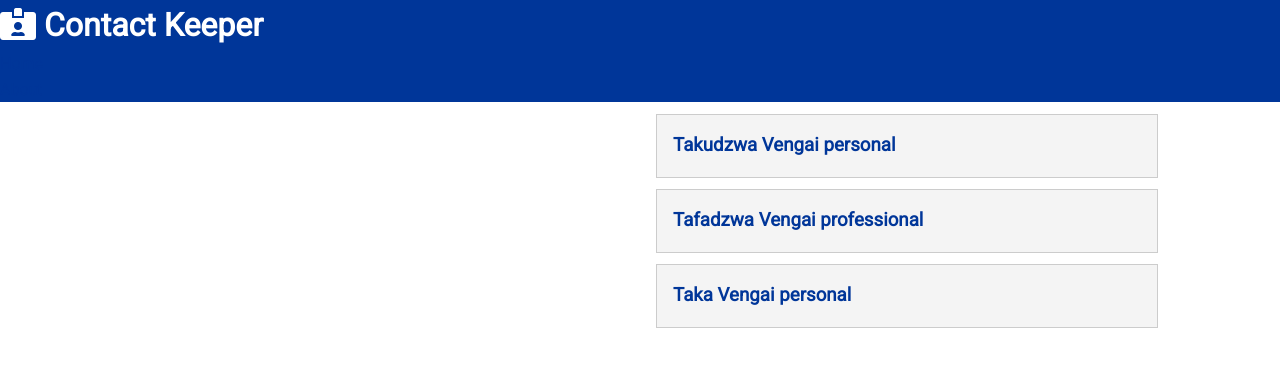
Repository: Takudzwa413/Contact-Keeper
Page: / (app in client/)
An editor plug-in stored every save of this project. The page is shown before and after the next save, followed by the edit.
The browser window is 1280 px wide. The pictures show the whole page.
Some web libraries are served in a nearby version. The project was rebuilt for these pictures with package versions that can differ from the ones it lists, and the page was loaded fresh each time. Also part of the build but not shown: client/src/components/pages/About.js.

Above is the page before, as saved 2020-06-18 21:40:07.

### client/public/index.html
<!DOCTYPE html>
<html lang="en">
  <head>
    <meta charset="utf-8" />
    <link rel="icon" href="%PUBLIC_URL%/favicon.ico" />
    <meta name="viewport" content="width=device-width, initial-scale=1" />
    <meta name="theme-color" content="#000000" />
    <meta
      name="description"
      content="Web site created using create-react-app"
    />
    <link
    rel="stylesheet"
    href="https://use.fontawesome.com/releases/v5.13.0/css/all.css"
    integrity="sha384-Bfad6CLCknfcloXFOyFnlgtENryhrpZCe29RTifKEixXQZ38WheV+i/6YWSzkz3V"
    crossorigin="anonymous"
  />
    <link rel="apple-touch-icon" href="%PUBLIC_URL%/logo192.png" />

    <link rel="manifest" href="%PUBLIC_URL%/manifest.json" />

    <title>ContactKeeper |Takudzwa</title>
  </head>
  <body>
    <noscript>You need to enable JavaScript to run this app.</noscript>
    <div id="root"></div>

  </body>
</html>

### client/src/App.js
import React,{Fragment} from 'react';
import { BrowserRouter as Router, Route,Switch  } from 'react-router-dom';
import Navbar from './components/layout/Navbar';
import Home from './components/pages/Home';
import About from './components/pages/About';

import ContactState from  './context/contact/ContactState'
import './App.css';

function App() {
  return (
    <ContactState>
      <Router>
        <Fragment>
          <Navbar/>
            <div className='container'>
              <Switch>
                <Route exact path='/' component={Home}/>
                <Route exact path='/about' component={About}/>
              </Switch>
            </div>
        </Fragment>
      </Router>
    </ContactState>
  );
}

export default App;

### client/src/components/layout/Navbar.js
import React from 'react';
import PropTypes from 'prop-types'
import { Link } from 'react-router-dom';


const Navbar = ({title ,icon}) => {
    return (
        <div className='Navbar bg-primary'>
            <h1>
                <i className={icon}/> {title}
            </h1>
            <ul>
                <li>
                    <Link to='/'>Home</Link>
                </li>
                <li>
                    <Link to='/about'>About</Link>
                </li>
            </ul>
        </div>
    )
};

Navbar.propTypes ={
    title:PropTypes.string.isRequired,
    icon:PropTypes.string,
}
Navbar.defaultProps ={
    title:'Contact Keeper',
    icon:'fas fa-id-card-alt'
}

export default Navbar

### client/src/components/pages/Home.js
import React from 'react'
import Contacts from '../contacts/Contacts'

const Home = () => {
    return (
        <div className='grid-2'>
            <div>{/*ContactForm*/}</div>
            <div>
                <Contacts/>
            </div>

        </div>
    )
}
export default Home;

### client/src/context/contact/ContactState.js
import React ,{  useReducer } from 'react';
import uuid from 'uuid';
import ContactContext from './contactContext';
import contactReducer from './contactReducer';
import {
    ADD_CONTACT,
    DELETE_CONTACT,
    SET_CURRENT,
    CLEAR_CURRENT,
    UPDATE_CONTACT,
    FILTER_CONTACTS,
    CLEAR_FILTER
} from '../types'


const ContactState = props =>{
    const initialState = {
        contacts :[
            {
                id:1,
                name:'Takudzwa Vengai',
                email:'tvengai75@gmail.com',
                phone:'222-222-333-333',
                type:'personal'
            },
            {
                id:2,
                name:'Tafadzwa Vengai',
                email:'tfvengai75@gmail.com',
                phone:'222-222-333-333',
                type:'professional'
            },
            {
                id:3,
                name:'Taka Vengai',
                email:'takavengai75@gmail.com',
                phone:'222-222-333-333',
                type:'personal'
            }
        ]
    }
    const [state,dispatch] = useReducer(contactReducer , initialState);

    //Add Contact

    //delete contact

    //set current contact

    //clear current contact

    //update contact


    //filter contact


    //clear filter

    return(
        <ContactContext.Provider
        value={{
            contacts:state.contacts
        }}>
            {props.children}

        </ContactContext.Provider>
    )

}

export default ContactState;

### client/src/components/contacts/Contacts.js
import React,{ Fragment,useContext } from 'react';
import ContactItem from './ContactItem'
import ContactContext from '../../context/contact/contactContext'

const Contacts = () => {

    const contactContext = useContext(ContactContext);
    const { contacts } = contactContext;
    return (
        <Fragment>
            {contacts.map(contact=> (
              <ContactItem key={contact.id} contact={contact}/>
               ))}
        </Fragment>
    )
}
export default Contacts

### client/src/context/types.js
export const ADD_CONTACT = 'ADD_CONTACT';
export const DELETE_CONTACT = 'DELETE_CONTACT';
export const SET_CURRENT = 'SER_CURRENT';
export const CLEAR_CURRENT = 'CLEAR_CURRENT';
export const UPDATE_CONTACT =  'UPDATE_CONTACT';
export const FILTER_CONTACTS = 'FILTER_CONTACTS';
export const CLEAR_FILTER = 'CLEAR_FILTER';
export const SET_ALERT = 'SET_ALERT';
export const REMOVE_ALERT = 'REMOVE_ALERT'

### client/src/components/contacts/ContactItem.js
import React from 'react'

const ContactItem = ({contact}) => {

    const {id, name, email, phone,type} = contact;
    return (
        <div className='card bg-light'>
            <h3 className="text-primary text-left">
                {name}{' '}
                 <span
                 className={
                'badge' +
                (type === 'professional'? 'badge-success'  : 'badge-primary')
                  }
                >
                    {type}
                </span>
            </h3>

        </div>
    )
}
export default ContactItem;

Loaded but not shown: client/src/index.js (common file); client/src/App.css (common file); client/src/context/contact/contactContext.js (common file); client/src/context/contact/contactReducer.js (common file)

After the next save:
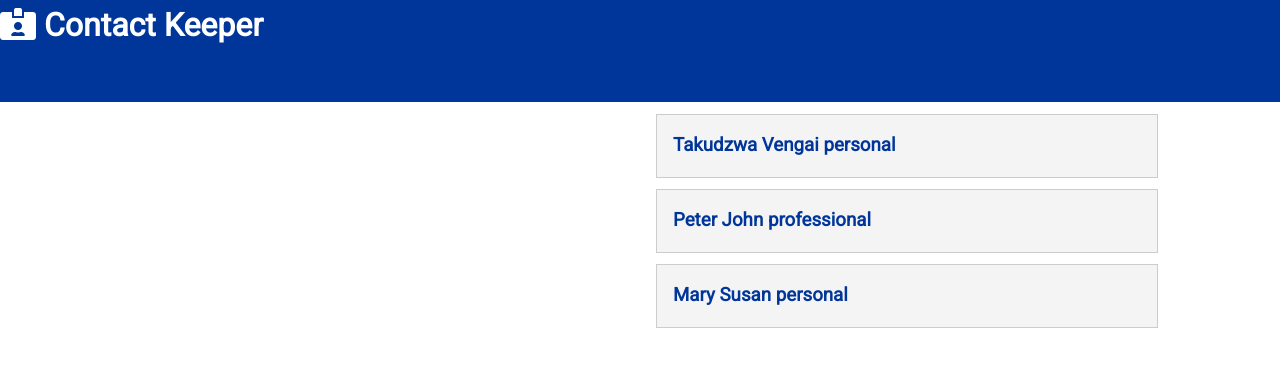
Saved 4 min 11 s later.
--- a/client/src/context/contact/ContactState.js
+++ b/client/src/context/contact/ContactState.js
@@ -25,14 +25,14 @@
             },
             {
                 id:2,
-                name:'Tafadzwa Vengai',
+                name:'Peter John',
                 email:'tfvengai75@gmail.com',
                 phone:'222-222-333-333',
                 type:'professional'
             },
             {
                 id:3,
-                name:'Taka Vengai',
+                name:'Mary Susan',
                 email:'takavengai75@gmail.com',
                 phone:'222-222-333-333',
                 type:'personal'
